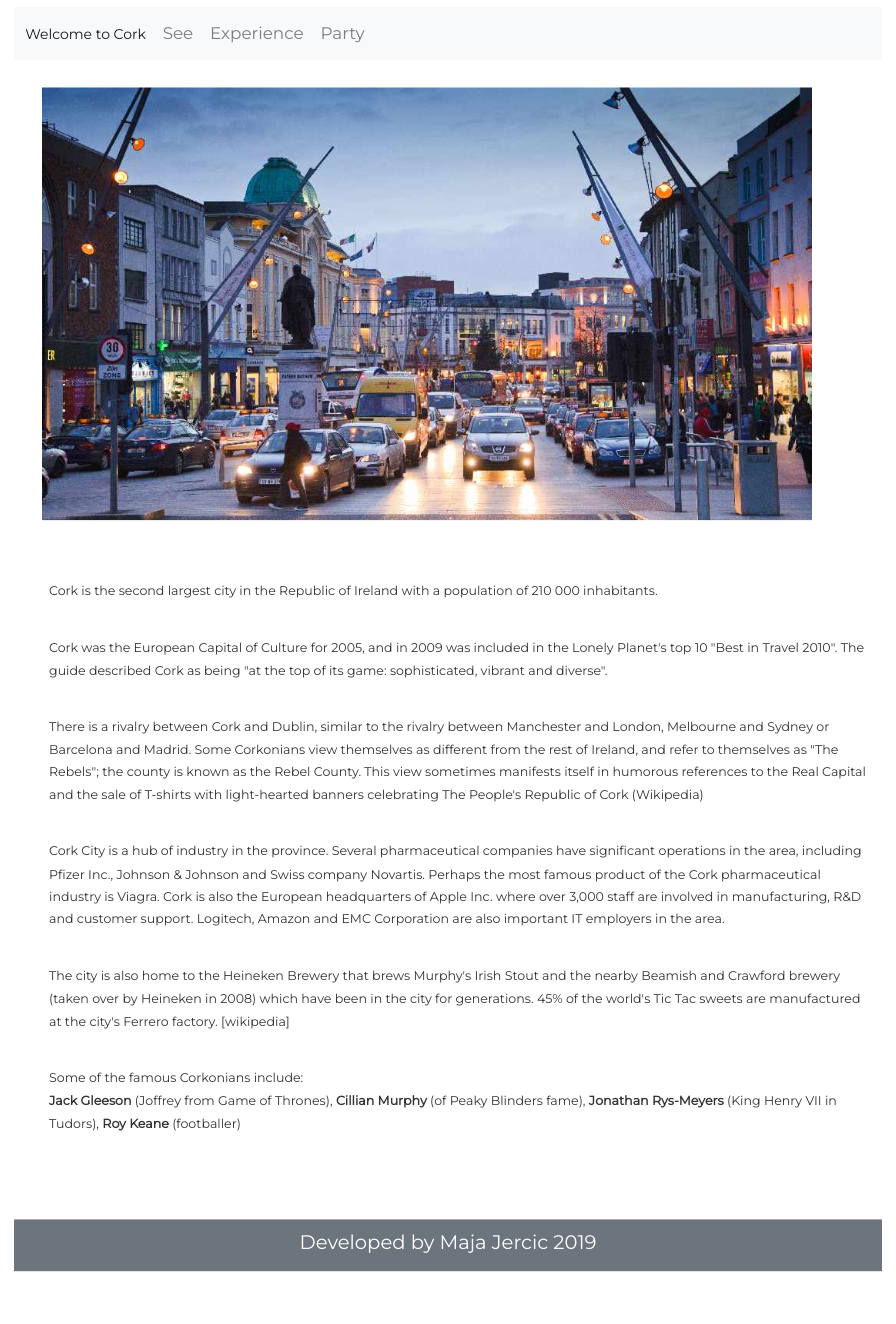
Repository: Maja-Jer/Welcome-to-Cork
Page: index.html
The author's editor kept a record of every edit. The page is drawn from the files as they stood at one moment, then again after the next edit.
The browser window is 1280 px wide. The pictures show the whole page, at 70% of full size.
Some web libraries are served in a nearby version.

Above is the page before.
Console error: TypeError: Cannot read properties of undefined (reading 'fn')

### index.html
<!DOCTYPE html>
<html lang="en">

<head>
    <meta charset="UTF-8">
    <meta name="viewport" content="width=device-width, initial-scale=1">
    <meta http-equiv="X-UA-Compatible" content="ie=edge">
    <link rel="stylesheet" href="https://stackpath.bootstrapcdn.com/bootstrap/4.3.1/css/bootstrap.min.css" integrity="sha384-ggOyR0iXCbMQv3Xipma34MD+dH/1fQ784/j6cY/iJTQUOhcWr7x9JvoRxT2MZw1T" crossorigin="anonymous">
    <script src="https://stackpath.bootstrapcdn.com/bootstrap/4.3.1/js/bootstrap.min.js" integrity="sha384-JjSmVgyd0p3pXB1rRibZUAYoIIy6OrQ6VrjIEaFf/nJGzIxFDsf4x0xIM+B07jRM" crossorigin="anonymous"></script>
    <link rel="stylesheet" href="https://use.fontawesome.com/releases/v5.6.1/css/all.css" integrity="sha384-gfdkjb5BdAXd+lj+gudLWI+BXq4IuLW5IT+brZEZsLFm++aCMlF1V92rMkPaX4PP" crossorigin="anonymous">
    <link href="https://fonts.googleapis.com/css?family=Montserrat" rel="stylesheet">
    <link rel="stylesheet" href="assets/style.css" type="text/css" />
    <title>Welcome to Cork, the REAL capital of Ireland</title>
</head>

<body>

    <!---------------Navgation-------->
    <nav class="navbar navbar-light bg-light navbar-expand-sm">
        <a href="/" class="navbar-brand">Welcome to Cork</a>

        <!---------------Dropdown menu-------->
        <button class="navbar-toggler ml-auto" type="button" data-toggle="collapse" data-target="#navbarNavDropdown" aria-controls="navbarNavDropdown" aria-expanded="false" aria-label="Toggle navigation">
        <span class="navbar-toggler-icon"></span></button>

        <div class="collapse navbar-collapse" id="navbarNavDropdown">
            <ul class="navbar-nav mr-auto">
                <li class="nav-item mr-2"><a class="nav-link" href="#see">See</a></li>
                <li class="nav-item mr-2"><a class="nav-link" href="#experience">Experience</a></li>
                <li class="nav-item mr-2"><a class="nav-link" href="#party">Party</a></li>

            </ul>
        </div>

    </nav>

    <!--------------- Main photo -------->
    <div class="main-container">
        <div class="container-main-photo">
            <img class="img-fluid" src="assets/photos/patrick_street.jpg" alt="Cork City" width=100%>
        </div>




        <!--------------- About Cork -------->

    <div class="container-fluid" id="container-about-cork">
        <p class= "description">Cork is the second largest city in the Republic of Ireland with a population of 210 000 inhabitants.</p>
        <br>
        <p>Cork was the European Capital of Culture for 2005, and in 2009 was included in the Lonely Planet's top 10 "Best in Travel 2010". The guide described Cork as being "at the top of its game: sophisticated, vibrant and diverse".
        </p>
        <br>
        <p>There is a rivalry between Cork and Dublin, similar to the rivalry between Manchester and London, Melbourne and Sydney or Barcelona and Madrid. Some Corkonians view themselves as different from the rest of Ireland, and refer to themselves
            as "The Rebels"; the county is known as the Rebel County. This view sometimes manifests itself in humorous references to the Real Capital and the sale of T-shirts with light-hearted banners celebrating The People's Republic of Cork (Wikipedia)
        </p>
        <br>
        <p>Cork City is a hub of industry in the province. Several pharmaceutical companies have significant operations in the area, including Pfizer Inc., Johnson & Johnson and Swiss company Novartis. Perhaps the most famous product of the Cork pharmaceutical
            industry is Viagra. Cork is also the European headquarters of Apple Inc. where over 3,000 staff are involved in manufacturing, R&D and customer support. Logitech, Amazon and EMC Corporation are also important IT employers in the area.
        </p>
        <br>
        <p>The city is also home to the Heineken Brewery that brews Murphy's Irish Stout and the nearby Beamish and Crawford brewery (taken over by Heineken in 2008) which have been in the city for generations. 45% of the world's Tic Tac sweets are manufactured
            at the city's Ferrero factory. [wikipedia]
        </p>
        <br>
        <p>Some of the famous Corkonians include: <br><strong>Jack Gleeson</strong> (Joffrey from Game of Thrones), <strong>Cillian Murphy</strong> (of Peaky Blinders fame), <strong>Jonathan Rys-Meyers</strong> (King Henry VII in Tudors), <strong>Roy Keane</strong>                (footballer)
        </p>
    </div>


     <!--------------- Footer -------->

    <footer class="bg-secondary mt-5 p-3">
        <div class="container-fluid">
            <div class="col-12 text-white">
                <h3>Developed by Maja Jercic 2019</h3>
            </div>
        </div>
    </footer>

    <script src="https://stackpath.bootstrapcdn.com/bootstrap/4.3.1/js/bootstrap.min.js" integrity="sha384-JjSmVgyd0p3pXB1rRibZUAYoIIy6OrQ6VrjIEaFf/nJGzIxFDsf4x0xIM+B07jRM" crossorigin="anonymous"></script>
    <script src="https://code.jquery.com/jquery-3.3.1.slim.min.js" integrity="sha384-q8i/X+965DzO0rT7abK41JStQIAqVgRVzpbzo5smXKp4YfRvH+8abtTE1Pi6jizo" crossorigin="anonymous"></script>
    <script src="https://cdnjs.cloudflare.com/ajax/libs/popper.js/1.14.7/umd/popper.min.js" integrity="sha384-UO2eT0CpHqdSJQ6hJty5KVphtPhzWj9WO1clHTMGa3JDZwrnQq4sF86dIHNDz0W1" crossorigin="anonymous"></script>

</body>


</html>

### assets/style.css
/*----------------------- header*/

head {
  font-family: 'Roboto', sans-serif;
}

body {
  font: 20px Montserrat, sans-serif;
  line-height: 1.8;
  color: #333;
  display: block;
  padding: 10px 20px 75px 20px;


}

/*----------------------navigation bar*/

ul {
  list-style-type: none;
  margin: 0;
  padding: 0;
  overflow: hidden;
  font-weight: normal;
  font-size: 24px;
}

li {
  float: left;
}

navbar-brand {
  color: black;
}

li a {
  display: block;
  color: white;
  text-align: center;
  padding: 14px 16px;
  text-decoration: none;

}

li a:hover {
  background-color: #9FA8DA;
  color: white;
  text-decoration: none;
  font-weight: bold;
}

/*---------------------end of navigation bar*/

.main-container {


}
.container-main-photo {
  max-height: 300px
  max-width: 80%;

}

/* ---------------------------------- Article*/
.article {
  position: relative;
  vertical-align: top;
  background-color: #fff
  margin-bottom: 1em;
  max-width: 830px;
  padding: 2em 0 0 0;
  text-align: left;
}

.site-photo {
  position: relative;
  text-align: center;
  margin-bottom: 1.6em;
}

.site-description {
  margin: 2em 5% 2em 5%;
  font-size: 1.1em;
  line-height: 1.7;
  color: #333;
}


/* ---------------------------------- Title*/

.title {
  text-align: left;
  padding-left:20px;
}

.title-row {
  padding-top: 20px;
  padding-bottom: 20px;


}
/* ---------------------------------- Containers*/

.center {
  display: block;
  margin-left: auto;
  margin-right: auto;
  width: 50%;
}

.container-main-photo {
  max-height: 730px;
  max-width: 1160px;
  padding: 30px;
  margin: 10px;
  overflow: auto;
}


#container-about-cork {
  font-size: 16px;
  margin: 25px 50px 75px;
  padding: 30px;


}
@media screen and (min-width: 600px) {
#container-about-cork {
  font-size: 18px;
  margin: 25px 20px 75px 20px;
  }
}
@media screen and (max-width: 600px) {
#container-about-cork {
  font-size: 14px;
  margin: 25px 10px 75px 20px;
  }
}

.container-ucc-campus {

}



/*---------------------footer*/

.p-3 {
    padding: 1rem!important;
}

.mt-5, .my-5 {
    margin-top: 3rem!important;

}

.bg-secondary {
    background-color: #6c757d!important;
}

.footer {
  width: 100%;
  margin-right: auto;
  margin-left: auto;
}

.text-white {
  color: #fff!important;
}

.col-12 {
  -ms-flex: 0 0 100%;
  flex: 0 0 100%;
  max-width: 100%;
  text-align: center;
}

After the next edit:
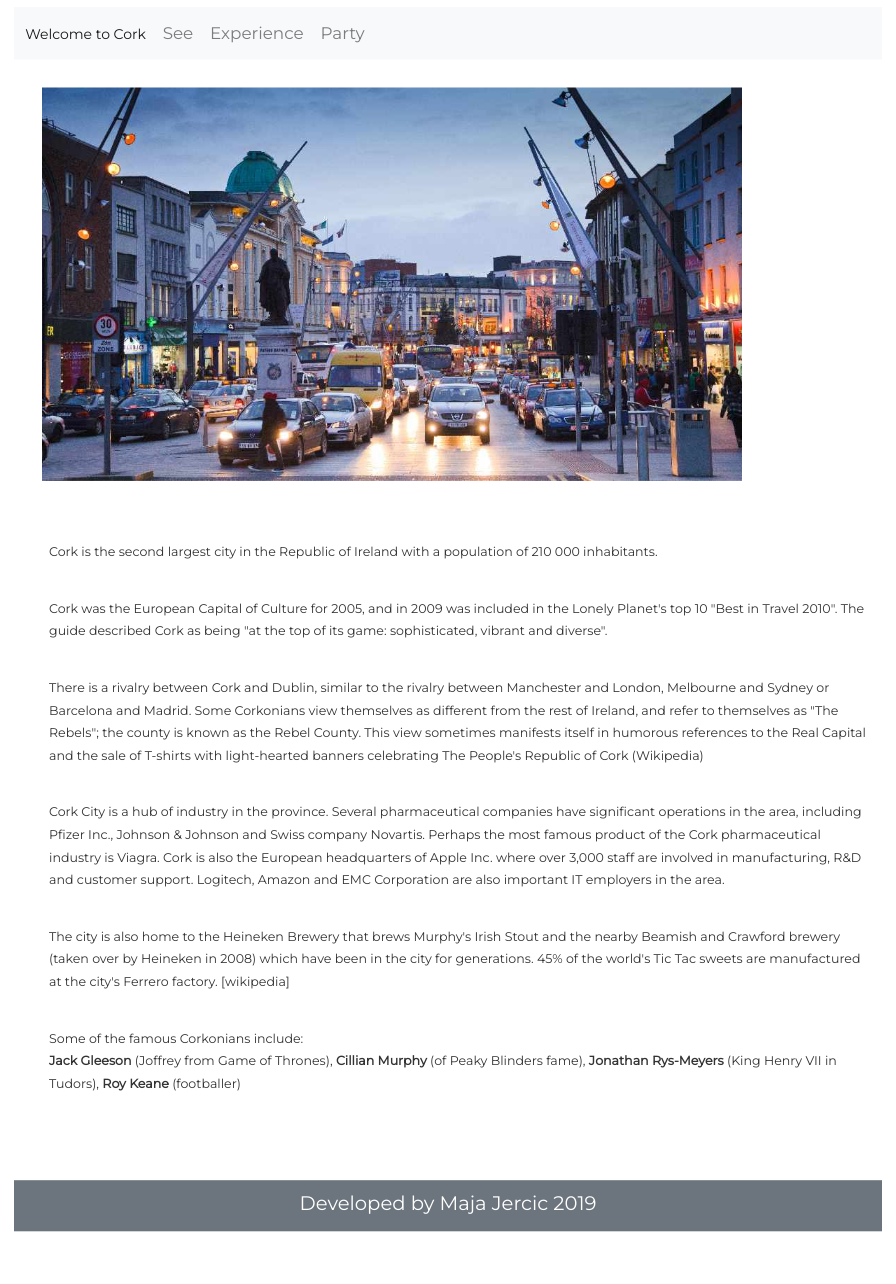
The edit:
--- a/index.html
+++ b/index.html
@@ -37,7 +37,7 @@
     <!--------------- Main photo -------->
     <div class="main-container">
         <div class="container-main-photo">
-            <img class="img-fluid" src="assets/photos/patrick_street.jpg" alt="Cork City" width=100%>
+            <img class="img-fluid" src="assets/photos/patrick_street.jpg" alt="Cork City">
         </div>
 
 
